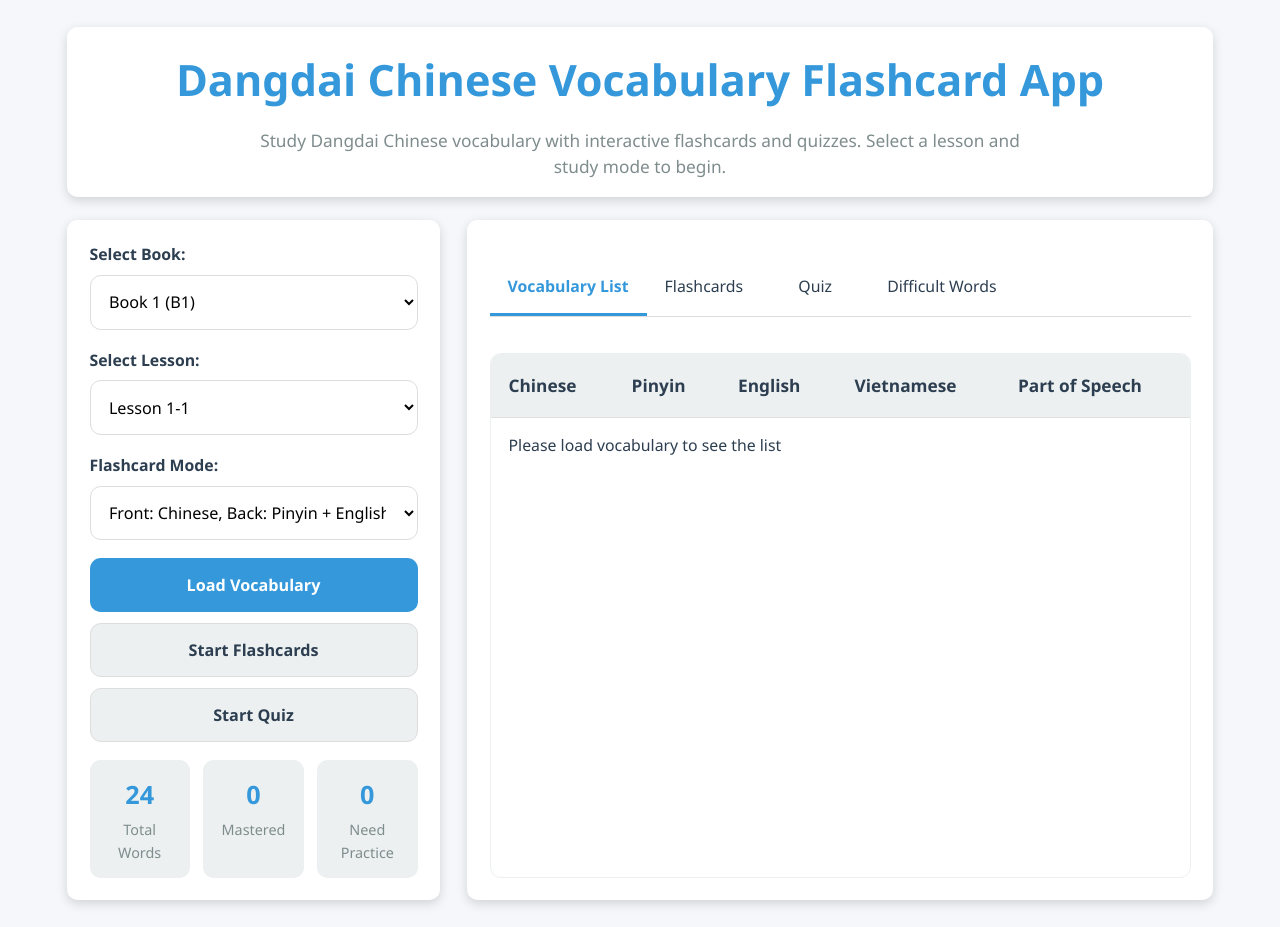
Repository: fangdongyzu/dangdaiflashcards
Page: index.html
These files come from the project's save history. The page is drawn as it stood at one moment and after the next save; the edit follows.
The browser window is 1280 px wide. The pictures show the whole page.

Above is the page before, as saved 2025-11-03 22:54:44.

After the next save:
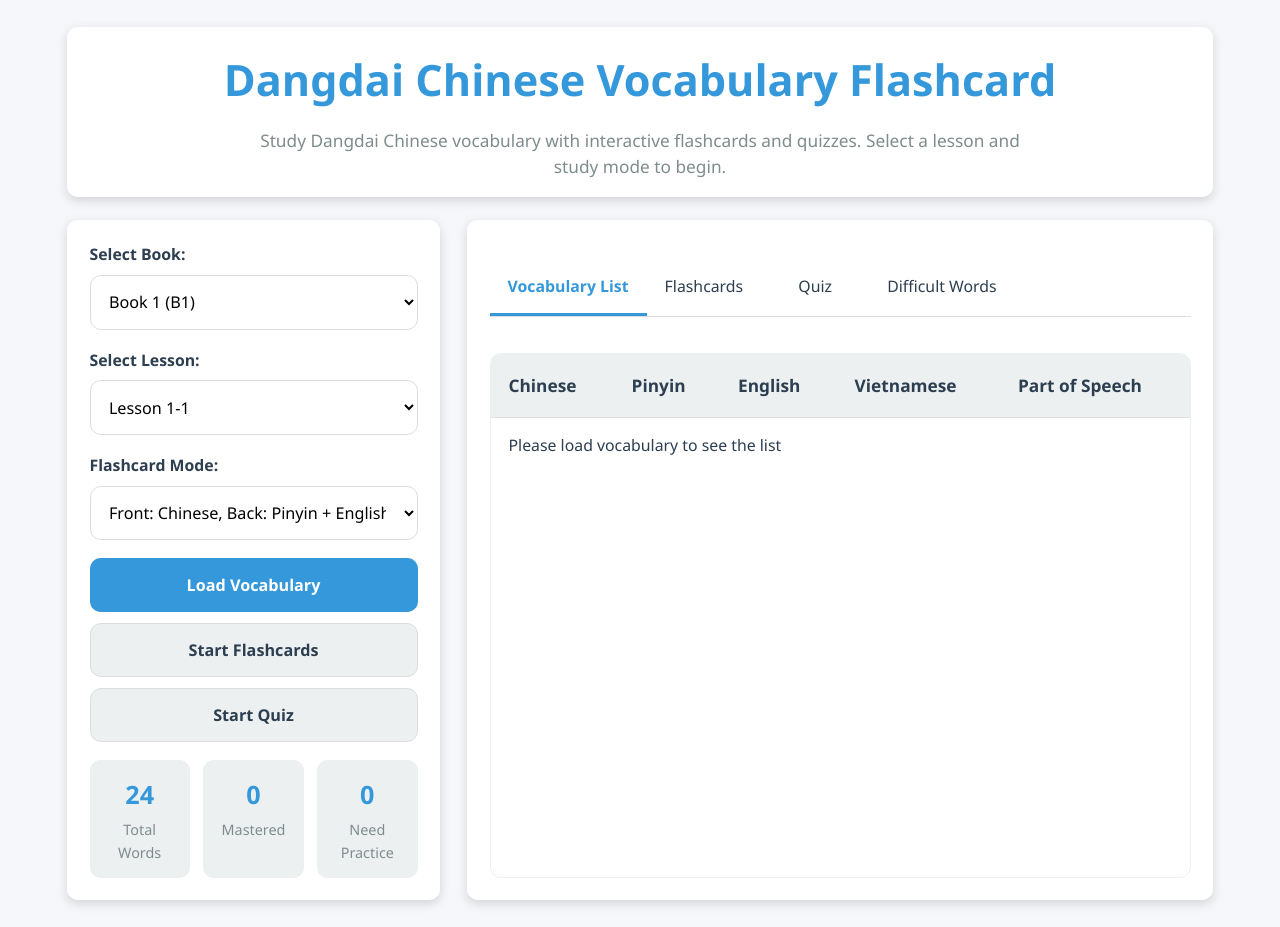
Saved 5 s later.
--- a/index.html
+++ b/index.html
@@ -9,7 +9,7 @@
 <body>
     <div class="container">
         <header>
-            <h1>Dangdai Chinese Vocabulary Flashcard App</h1>
+            <h1>Dangdai Chinese Vocabulary Flashcard</h1>
             <p class="app-description">Study Dangdai Chinese vocabulary with interactive flashcards and quizzes. Select a lesson and study mode to begin.</p>
         </header>
 
